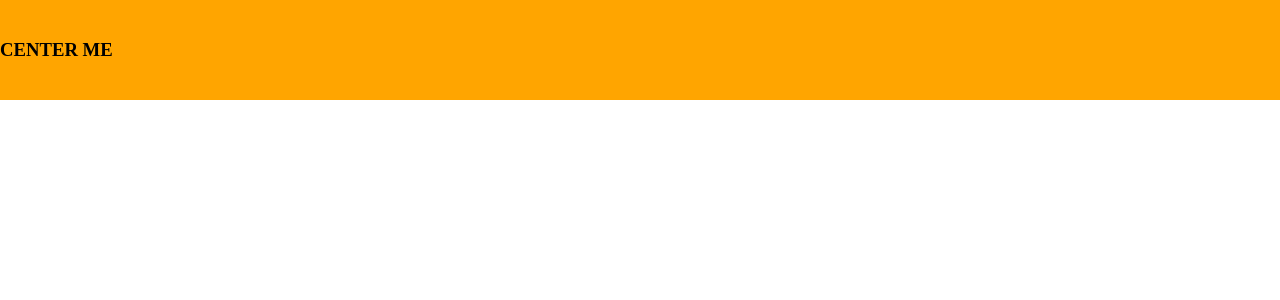
Repository: phanvu0103/HTML-CSS
Page: CSS_17.2_Các-cách-căn-giữa-trong-CSS/index.html
These files come from the project's save history. The page is drawn as it stood at one moment and after the next save; the edit follows.
The browser window is 1280 px wide. The pictures show the whole page.

Above is the page before, as saved 2022-09-23 10:07:53.

### CSS_17.2_Các-cách-căn-giữa-trong-CSS/index.html
<!DOCTYPE html>
<html lang="en">
  <head>
    <meta charset="UTF-8" />
    <meta http-equiv="X-UA-Compatible" content="IE=edge" />
    <meta name="viewport" content="width=device-width, initial-scale=1.0" />
    <title>Các Cách căn giữa trong Css</title>
    <link rel="stylesheet" href="style.css" />
  </head>
  <body>
    <div class="box">
      <h3>CENTER ME</h3>
    </div>
  </body>
</html>

### CSS_17.2_Các-cách-căn-giữa-trong-CSS/style.css
* {
  margin: 0;
  padding: 0;
  box-sizing: border-box;
}
.box {
  box-sizing: border-box;
  background-color: orange;
  height: 100px;
  /* có thể dùng display
  display: flex;
  align-items: center;
  justify-content: center; */
  /* có thể dùng position: relative và position:absolute cho h3
   */
  position: relative;
}
h3 {
  /* text-align: center;
  line-height: 100px; */
  position: absolute;
  top: 50%;
  transform: translateY(-50%);
}

After the next save:
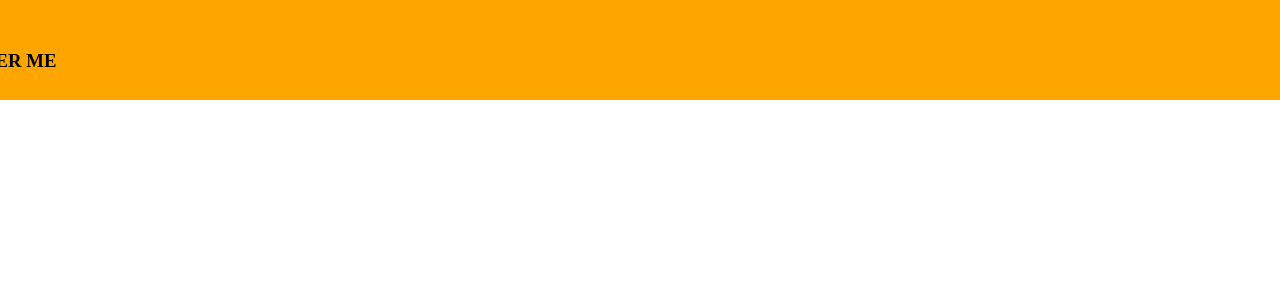
Saved 12 s later.
--- a/CSS_17.2_Các-cách-căn-giữa-trong-CSS/style.css
+++ b/CSS_17.2_Các-cách-căn-giữa-trong-CSS/style.css
@@ -20,5 +20,5 @@
   line-height: 100px; */
   position: absolute;
   top: 50%;
-  transform: translateY(-50%);
+  transform: translatex(-50%);
 }

After the save that followed:
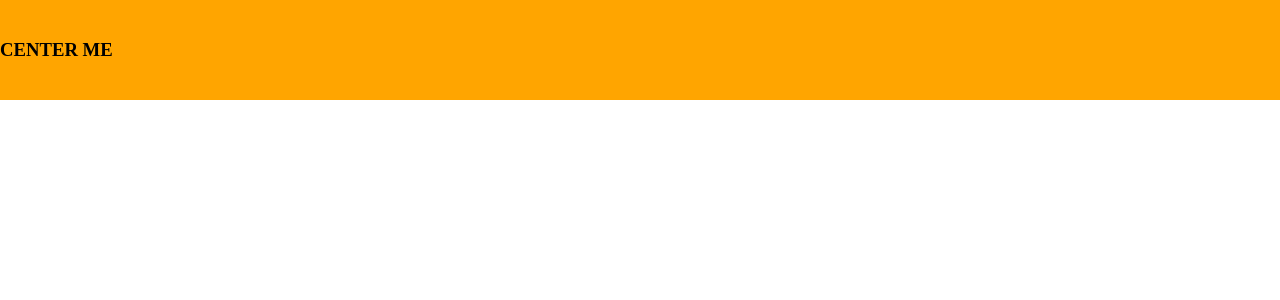
Saved 31 s later.
--- a/CSS_17.2_Các-cách-căn-giữa-trong-CSS/style.css
+++ b/CSS_17.2_Các-cách-căn-giữa-trong-CSS/style.css
@@ -20,5 +20,5 @@
   line-height: 100px; */
   position: absolute;
   top: 50%;
-  transform: translatex(-50%);
+  transform: translatey(-50%);
 }
